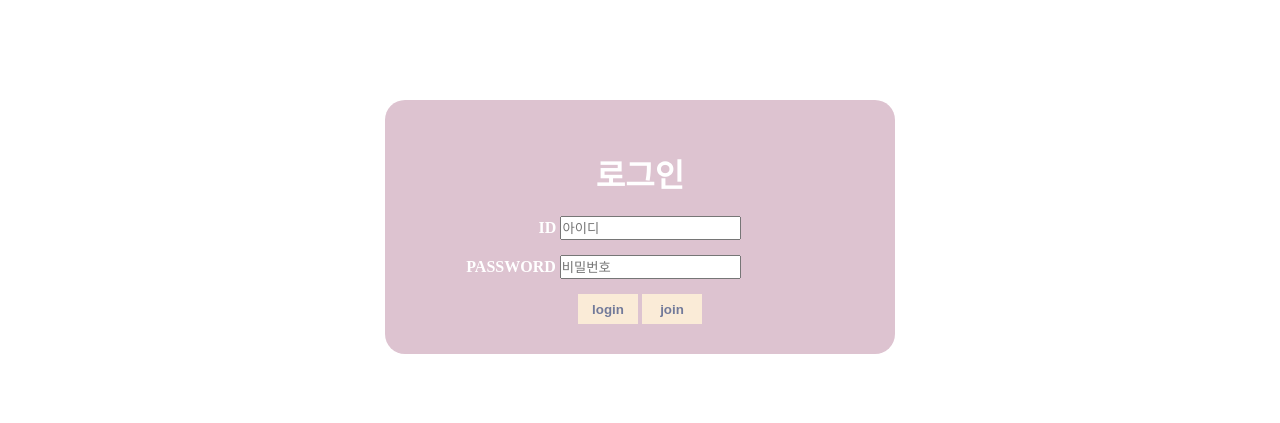
Repository: kayoyo/jsp
Page: http://localhost/BoardWeb_4/login
The author's editor kept a copy of each file at every save. The page is drawn from the files as they stood at one save, then again after the next save.
The browser window is 1280 px wide. The pictures show the whole page.
The page is served by Tomcat 9.

Above is the page before, as saved 2020-08-28 07:20:45.

After the next save:
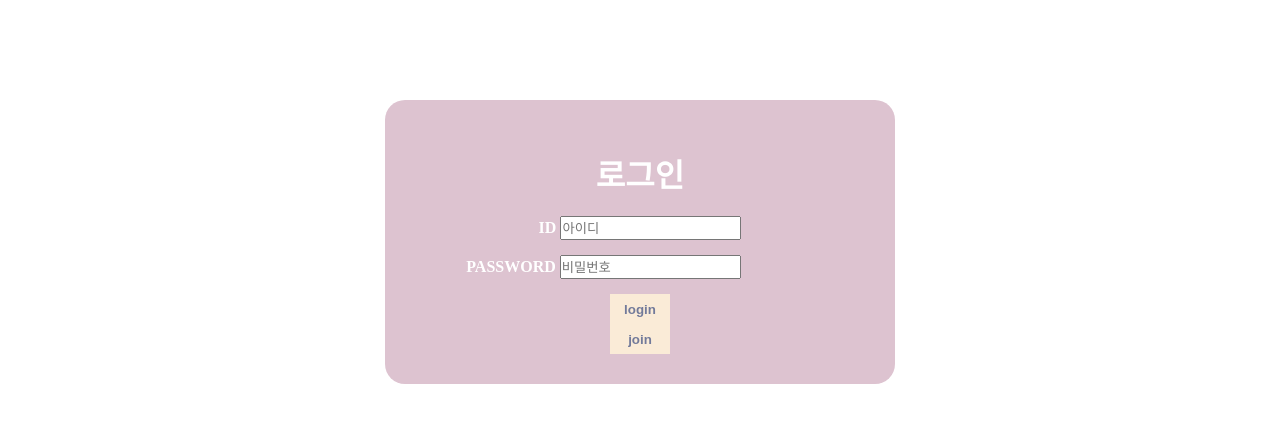
Saved 64 s later.
--- a/BoardWeb_4/WebContent/WEB-INF/jsp/user/login.jsp
+++ b/BoardWeb_4/WebContent/WEB-INF/jsp/user/login.jsp
@@ -38,7 +38,9 @@
 	<div class="pw">PASSWORD
 		<input type="password" name="user_pw" placeholder="비밀번호">
 	</div>
+<div class="login">
 	<button type="submit" id="loginBtn">login</button>
+</div>
 	<button type="button" id="joinBtn" onclick="clkjoin()">join</button>
 	</form>
 	</div>

After the 2 saves that followed:
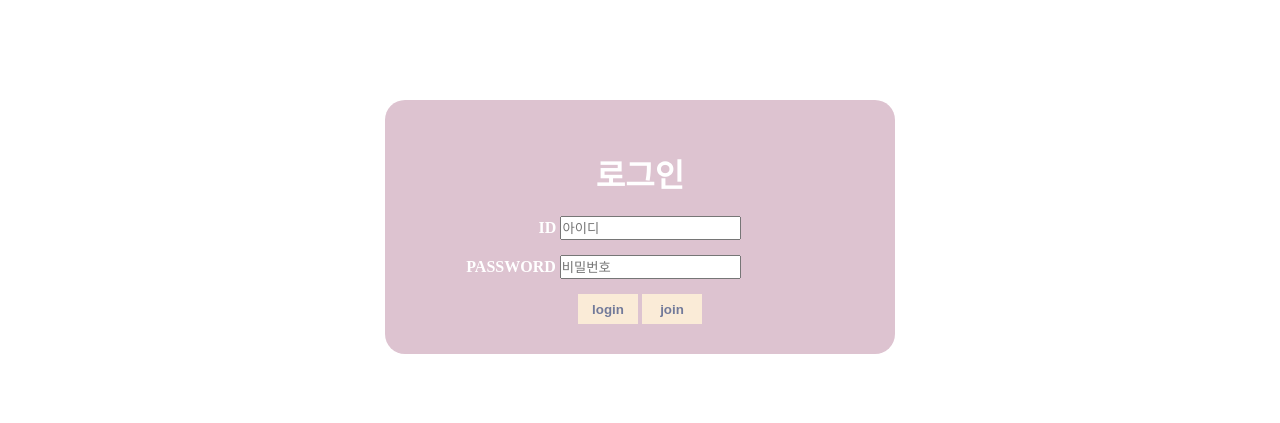
The 2 saves are shown as one change because 1 left the picture as it was.
The last was saved 92 s later.
--- a/BoardWeb_4/WebContent/WEB-INF/jsp/user/login.jsp
+++ b/BoardWeb_4/WebContent/WEB-INF/jsp/user/login.jsp
@@ -29,19 +29,19 @@
 </head>
 <body>
 	<div id="container">
-	<h1>로그인</h1>
+		<h1>로그인</h1>
 	<div class="err">${msg}</div>
-<form action="/login" method="post" id="logFrom">
-<div class="id">ID
-	<input type="text" name="user_id" placeholder="아이디" value="${data.user_id}">
-</div>
+		<form action="/login" method="post" id="logFrom">
+	<div class="id">ID
+		<input type="text" name="user_id" placeholder="아이디" value="${data.user_id}">
+	</div>
 	<div class="pw">PASSWORD
 		<input type="password" name="user_pw" placeholder="비밀번호">
 	</div>
-<div class="login">
-	<button type="submit" id="loginBtn">login</button>
-</div>
-	<button type="button" id="joinBtn" onclick="clkjoin()">join</button>
+	<div class="btn">
+		<button type="submit" id="loginBtn">login</button>
+		<button type="button" id="joinBtn" onclick="clkjoin()">join</button>
+	</div>
 	</form>
 	</div>
 	<script>
